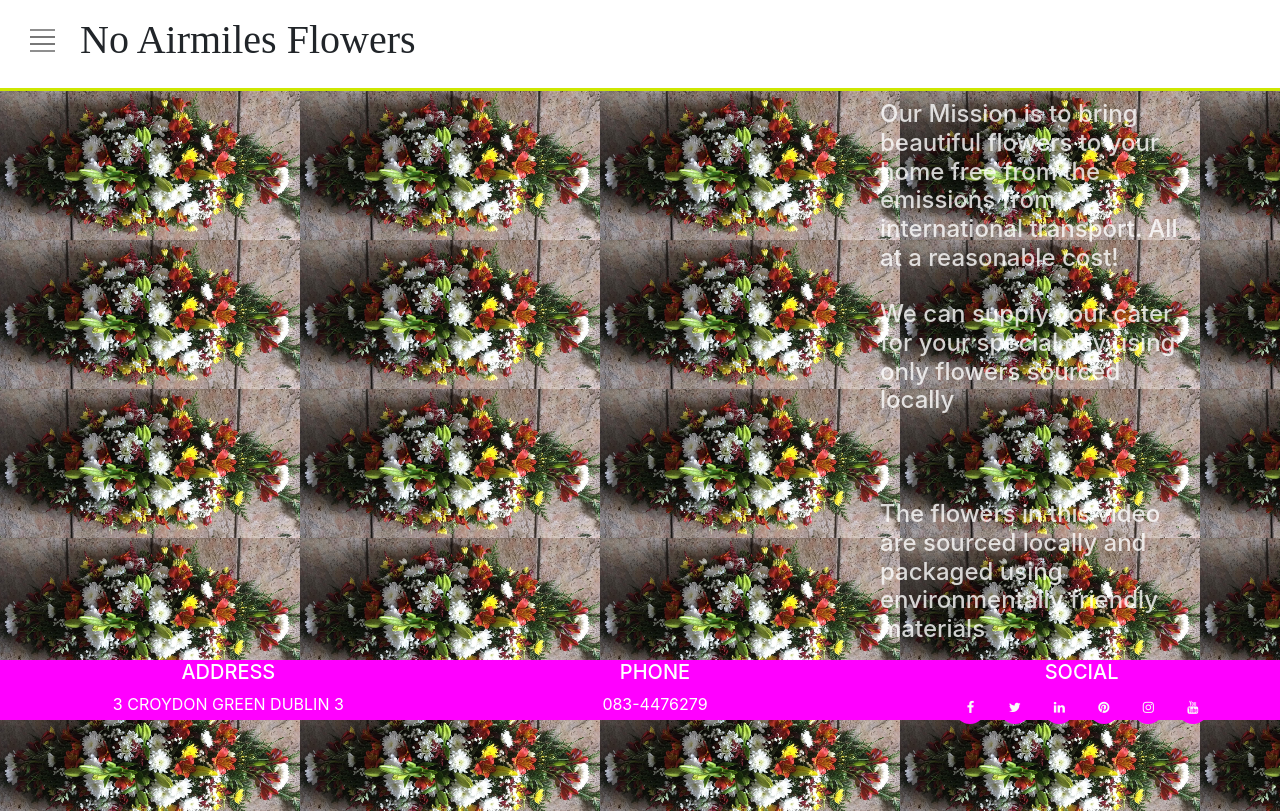
Repository: ConorTC1990/Flowers
Page: Wreaths.html
The author's editor kept a record of every edit. The page is drawn from the files as they stood at one moment, then again after the next edit.
The browser window is 1280 px wide. The pictures show the whole page.
Some web libraries are served in a nearby version.

Above is the page before.

After the next edit:
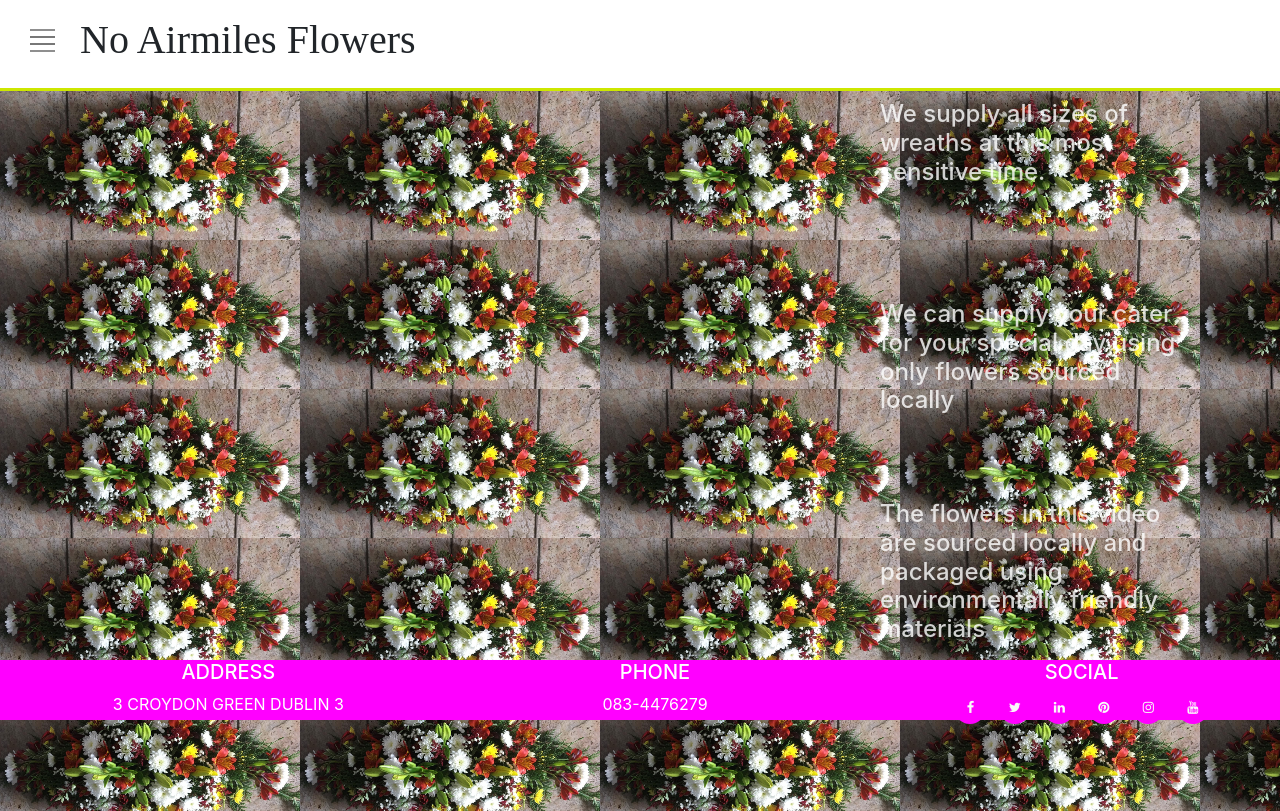
The edit:
--- a/Wreaths.html
+++ b/Wreaths.html
@@ -33,8 +33,7 @@
 
    <div class="WreathsBackground">
          <h4 class="callout">
-            Our Mission is to bring beautiful flowers to your home free from the emissions from international transport. All at a reasonable cost!
-        </h4>
+            We supply all sizes of wreaths at this most sensitive time.
     <h4 class="callout2">
            The flowers in this video are sourced locally and packaged using environmentally friendly materials
         </h4>
